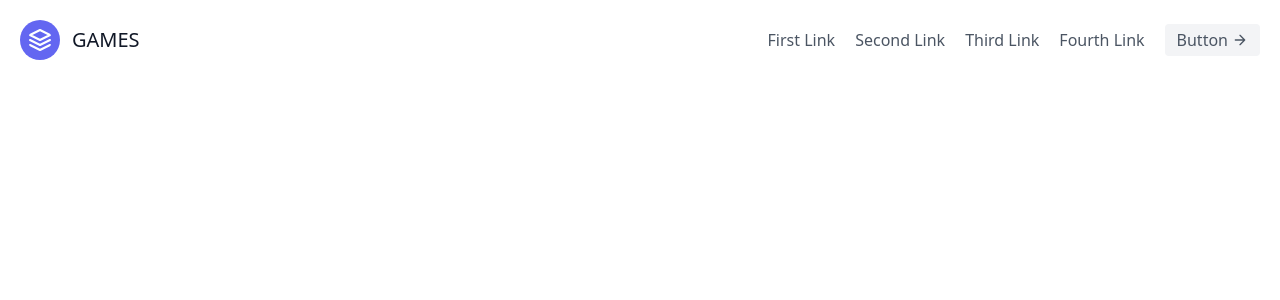
Repository: shravansuthar2/Gaming.github.io
Page: index.html
An editor plug-in stored every save of this project. The page is shown before and after the next save, followed by the edit.
The browser window is 1280 px wide. The pictures show the whole page.

Above is the page before, as saved 2022-10-29 09:38:34.

### index.html
<!DOCTYPE html>
<html lang="en">
<head>
    <meta charset="UTF-8">
    <meta http-equiv="X-UA-Compatible" content="IE=edge">
    <meta name="viewport" content="width=device-width, initial-scale=1.0">
    <link href="https://unpkg.com/tailwindcss@^1.0/dist/tailwind.min.css" rel="stylesheet">
    <title>All Types Of Games</title>
</head>
<body>
    <header class="text-gray-600 body-font">
        <div class="container mx-auto flex flex-wrap p-5 flex-col md:flex-row items-center">
          <a class="flex title-font font-medium items-center text-gray-900 mb-4 md:mb-0">
            <svg xmlns="http://www.w3.org/2000/svg" fill="none" stroke="currentColor" stroke-linecap="round" stroke-linejoin="round" stroke-width="2" class="w-10 h-10 text-white p-2 bg-indigo-500 rounded-full" viewBox="0 0 24 24">
              <path d="M12 2L2 7l10 5 10-5-10-5zM2 17l10 5 10-5M2 12l10 5 10-5"></path>
            </svg>
            <span class="ml-3 text-xl">GAMES</span>
          </a>
          <nav class="md:ml-auto flex flex-wrap items-center text-base justify-center">
            <a class="mr-5 hover:text-gray-900">First Link</a>
            <a class="mr-5 hover:text-gray-900">Second Link</a>
            <a class="mr-5 hover:text-gray-900">Third Link</a>
            <a class="mr-5 hover:text-gray-900">Fourth Link</a>
          </nav>
          <button class="inline-flex items-center bg-gray-100 border-0 py-1 px-3 focus:outline-none hover:bg-gray-200 rounded text-base mt-4 md:mt-0">Button
            <svg fill="none" stroke="currentColor" stroke-linecap="round" stroke-linejoin="round" stroke-width="2" class="w-4 h-4 ml-1" viewBox="0 0 24 24">
              <path d="M5 12h14M12 5l7 7-7 7"></path>
            </svg>
          </button>
        </div>
      </header>

</body>
</html>

After the next save:
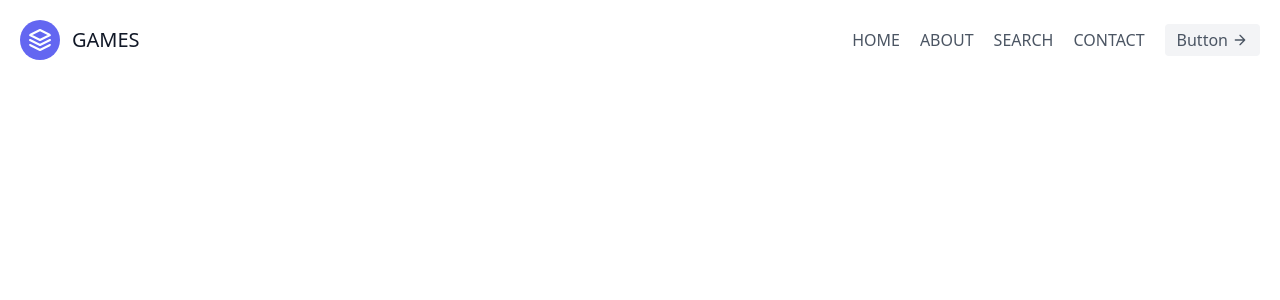
Saved 49 s later.
--- a/index.html
+++ b/index.html
@@ -17,10 +17,10 @@
             <span class="ml-3 text-xl">GAMES</span>
           </a>
           <nav class="md:ml-auto flex flex-wrap items-center text-base justify-center">
-            <a class="mr-5 hover:text-gray-900">First Link</a>
-            <a class="mr-5 hover:text-gray-900">Second Link</a>
-            <a class="mr-5 hover:text-gray-900">Third Link</a>
-            <a class="mr-5 hover:text-gray-900">Fourth Link</a>
+            <a class="mr-5 hover:text-gray-900">HOME</a>
+            <a class="mr-5 hover:text-gray-900">ABOUT</a>
+            <a class="mr-5 hover:text-gray-900">SEARCH</a>
+            <a class="mr-5 hover:text-gray-900">CONTACT</a>
           </nav>
           <button class="inline-flex items-center bg-gray-100 border-0 py-1 px-3 focus:outline-none hover:bg-gray-200 rounded text-base mt-4 md:mt-0">Button
             <svg fill="none" stroke="currentColor" stroke-linecap="round" stroke-linejoin="round" stroke-width="2" class="w-4 h-4 ml-1" viewBox="0 0 24 24">
